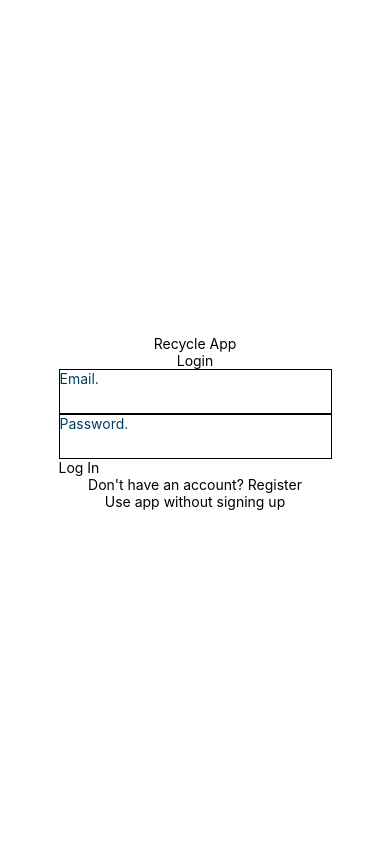
Repository: ct-pham/COMP4511
Screen: / (app in comp4511/)
These files come from the project's save history. The screen is drawn as it stood at one moment and after the next save; the edit follows.
The app was drawn by React Native's web renderer in a window 390 px wide. The project was rebuilt for these pictures with package versions that can differ from the ones it lists, and the page was loaded fresh each time.

Above is the screen before, as saved 2022-11-07 15:35:25.

### comp4511/App.js

// import { NavigationContainer } from 'react-navigation/native';
// import { createNativeStackNavigator } from 'react-navigation/native-stack';
import Login from './Components/Login';
//import Register from './Components/Register';

export default function App() {
  return (
    // <NavigationContainer>
    //   <Stack.Navigator initialRouteName="Home">
    //     <Stack.Screen name="Login" component={Login} />
    //     <Stack.Screen name="Register" component={Register} />
    //   </Stack.Navigator>
    // </NavigationContainer>
    <Login />
  );
}

### comp4511/Components/Login.js
import {
    StyleSheet,
    Text,
    View,
    TextInput,
    TouchableOpacity,
} from 'react-native';

import Icon from 'react-native-vector-icons/Ionicons';

export default function Login( {navigation}) {
    return (
        <View style={styles.container}>

            <Text>Recycle App</Text>
            <Text>Login</Text>
            <View style={styles.inputView}>
                <TextInput
                    style={styles.TextInput}
                    placeholder="Email."
                    placeholderTextColor="#003f5c"
                />
            </View>

            <View style={styles.inputView}>
                <TextInput
                    style={styles.TextInput}
                    placeholder="Password."
                    placeholderTextColor="#003f5c"
                    secureTextEntry={true}
                />
            </View>

            <TouchableOpacity style = {styles.button}>
                <Text style={styles.loginBtn}>Log In</Text>
            </TouchableOpacity>

            <TouchableOpacity
                onPress = {console.log('Register')}
            >
                <Text style={styles.loginBtn}>Don't have an account? Register</Text>
            </TouchableOpacity>

            <TouchableOpacity>
                <Text style={styles.loginBtn}>Use app without signing up</Text>
            </TouchableOpacity>

        </View>
    );
}

const styles = StyleSheet.create({
    container: {
        flex: 1,
        backgroundColor: '#ffffff',
        alignItems: 'center',
        justifyContent: 'center',
    },
    inputView: {
        backgroundColor: '#ffffff',
        borderWidth: 1,
        borderColor: '#000000',
        width: '70%',
        height: 45,
    },
    button: {
        width: '70%',
        borderRadius: 25,
    }
});

After the next save:
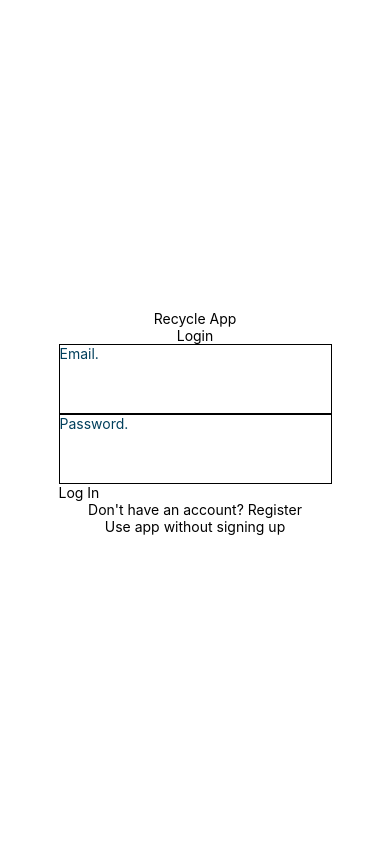
Saved 15 s later.
--- a/comp4511/Components/Login.js
+++ b/comp4511/Components/Login.js
@@ -61,7 +61,7 @@ const styles = StyleSheet.create({
         borderWidth: 1,
         borderColor: '#000000',
         width: '70%',
-        height: 45,
+        height: 70,
     },
     button: {
         width: '70%',
